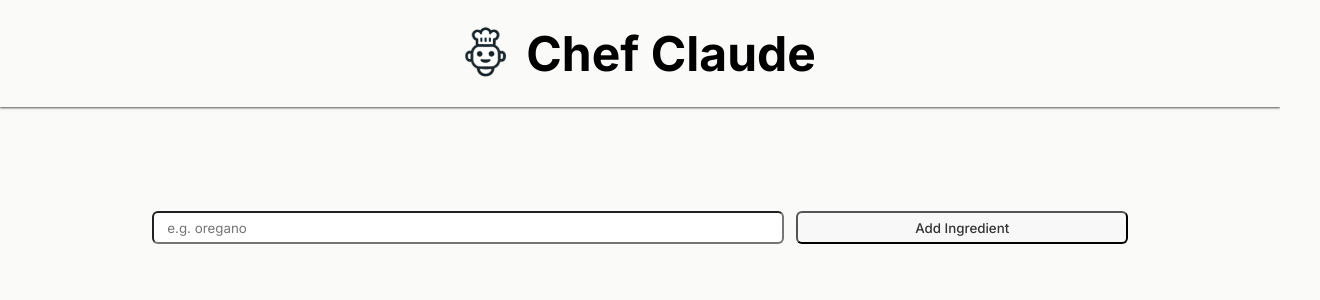
Repository: AchrafAzzaoui/Chef_Claude--React_Course_Scrimba_Project
Page: / (app in project/)
An editor plug-in stored every save of this project. The page is shown before and after the next save, followed by the edit.
The browser window is 1280 px wide. The page is 1280 px wide, then 1320 px, so the pictures cover 1320 px, including what lies to the right of the window. The pictures show the whole page.
The project was rebuilt for these pictures with package versions that can differ from the ones it lists, and the page was loaded fresh each time. Also part of the build but not shown: project/vite.config.js.

Above is the page before, as saved 2024-11-30 17:58:40.

### project/index.html
<!DOCTYPE html>
<html lang="en">
  <head>
    <meta charset="UTF-8" />
    <link rel="icon" type="image/svg+xml" href="/vite.svg" />
    <meta name="viewport" content="width=device-width, initial-scale=1.0" />
    <link rel="preconnect" href="https://fonts.googleapis.com" />
    <link rel="preconnect" href="https://fonts.gstatic.com" crossorigin />
    <link
      href="https://fonts.googleapis.com/css2?family=Inter:ital,opsz,wght@0,14..32,100..900;1,14..32,100..900&display=swap"
      rel="stylesheet"
    />
    <link rel="stylesheet" href="/index.css" />
    <title>Chef Claude</title>
  </head>
  <body>
    <div id="root"></div>
    <script type="module" src="/src/index.jsx"></script>
  </body>
</html>

### project/index.css
* {
  margin: 0;
  padding: 0;
  box-sizing: border-box;
  font-family: "Inter";
}
body {
  background-color: #fafaf8;
}
.header {
  display: flex;
  justify-content: center;
  align-items: center;
  padding: 1.5em 0;
  box-shadow: 0px 1px 3px 0px rgba(0, 0, 0, 0.1),
    0px 1px 2px 0px rgba(0, 0, 0, 0.6);
}
.header .logo {
  margin-right: 1.2em;
}
.header .logo img {
  max-width: 45px;
}
.header .title {
  font-weight: 300;
  font-size: 32px;
}

.main-container {
  /* max-width: 45em; Same calculation */
  width: calc(80em * 0.825); /* Ratio applied */
  margin: 0 auto;
  padding: 1.5em; /* Maintain consistent padding */
}
/* Form styling for add ingredient form */

.add-ingredient-form {
  padding: 4em 0;
}

.add-ingredient-form .form-group {
  padding: 1em;
  display: flex;
  justify-content: center;
  align-items: center;
  gap: 12px;
}

.add-ingredient-form .form-group input {
  padding: 0.5em 1em;
  flex: 2;
  border-radius: 6px;
}

.add-ingredient-form .form-group button {
  padding: 0.5em 1em;
  flex: 1;
  border-radius: 6px;
  background-color: #f8f8f8;
  color: #333;
  font-weight: 500;
  cursor: pointer;
}

### project/src/App.jsx
import Header from "./components/Header";
import Main from "./components/Main";

export default function App() {
  return (
    <>
      <Header />
      <Main />
    </>
  );
}

### project/src/components/Header.jsx
import chefClaudeIcon from "../assets/chef_claude_icon.svg";

export default function Header() {
  return (
    <header className="header">
      <div className="logo">
        <img src={chefClaudeIcon} alt="Chef Claude Icon" />
      </div>
      <div className="title">
        <h2>Chef Claude</h2>
      </div>
    </header>
  );
}

### project/src/components/Main.jsx
import Form from "./Form";

export default function Main() {
  return (
    <main className="main-container">
      <Form />
    </main>
  );
}

### project/src/components/Form.jsx
export default function Form() {
  return (
    <form className="add-ingredient-form">
      <div className="form-group">
        <input type="text" placeholder="e.g. oregano" />
        <button type="submit">Add Ingredient</button>
      </div>
    </form>
  );
}

Loaded but not shown: project/src/index.jsx (common file)

After the next save:
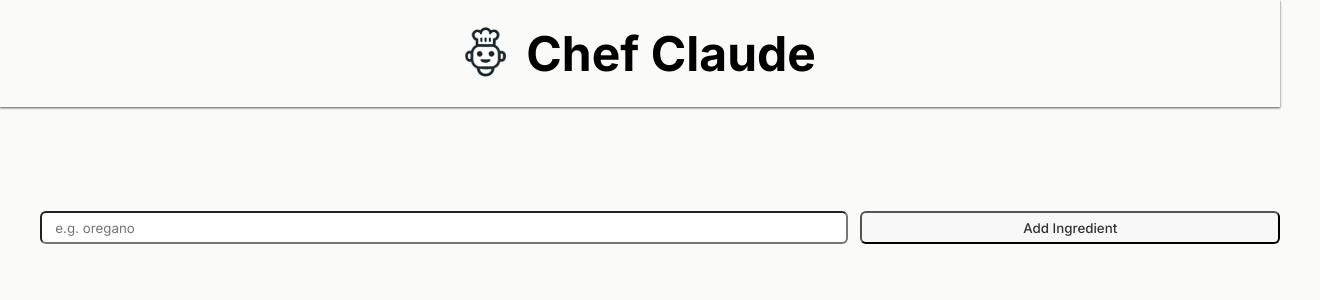
Saved 10 s later.
--- a/project/index.css
+++ b/project/index.css
@@ -28,7 +28,7 @@
 
 .main-container {
   /* max-width: 45em; Same calculation */
-  width: calc(80em * 0.825); /* Ratio applied */
+  width: calc(100em * 0.825); /* Ratio applied */
   margin: 0 auto;
   padding: 1.5em; /* Maintain consistent padding */
 }
